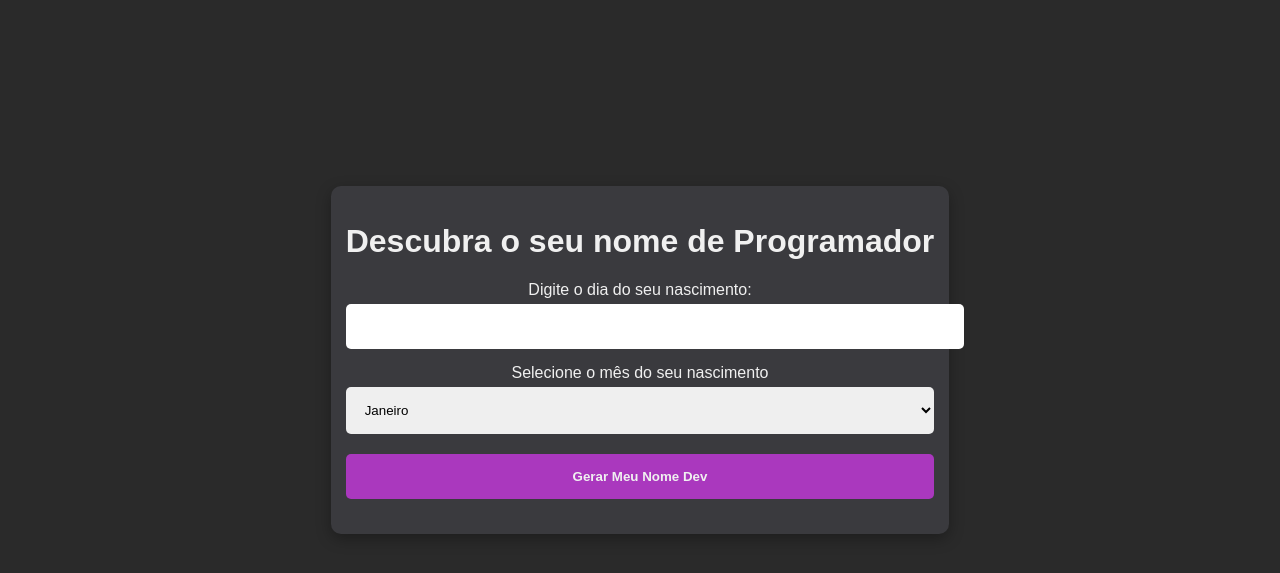
Repository: analessp/seu-nome-dev
Page: index.html
An editor plug-in stored every save of this project. The page is shown before and after a run of saves, followed by the edit.
The browser window is 1280 px wide. The pictures show the whole page.

Above is the page before, as saved 2025-05-13 11:19:42.

### index.html
<!DOCTYPE html>
<html lang="pt-BR">
<head>
    <meta charset="UTF-8">
    <meta name="viewport" content="width=device-width, initial-scale=1.0">
    <title>Seu Nome Dev</title>
    <link rel="stylesheet" href="styles.css">
</head>
<body>
    <div class="container">
        <h1>Descubra o seu nome de Programador</h1>
        <div class="form-group">
            <label for="dia">Digite o dia do seu nascimento:</label>
            <input type="number" id="dia" min="1" max="31">
        </div>
        <div class="form-group">
            <label for="mes">Selecione o mês do seu nascimento</label>
            <select id="mes">
                <option value="1">Janeiro</option>
                <option value="2">Fevereiro</option>
                <option value="3">Março</option>
                <option value="4">Abril</option>
                <option value="5">Maio</option>
                <option value="6">Junho</option>
                <option value="7">Julho</option>
                <option value="8">Agosto</option>
                <option value="9">Setembro</option>
                <option value="10">Outubro</option>
                <option value="11">Novembro</option>
                <option value="12">Dezembro</option>
            </select>
        </div>
        <button onclick="gerarNomeDev()">Gerar Meu Nome Dev</button>
        <div class="resultado" id="resultado"></div>
    </div>
    <script src="app.js"></script>
</body>
</html>

### styles.css
body {
    background-color: #2a2a2a;
    color: #f0f0f0;
    font-family: "Nunito", sans-serif;
    display: flex;
    justify-content: center;
    align-items: center;
    height: 100vh;
    margin: 0;
}

.container {
    background-color: #3a3a3e;
    padding: 15px;
    border-radius: 10px;
    box-shadow: 0px 5px 15px rgba(0, 0, 0, 0.3);
    text-align: center;
}

.form-group {
    margin-bottom: 15px;
}

input, select, button {
    cursor: pointer;
    padding: 15px;
    margin-top: 5px;
    width: 100%;
    border-radius: 5px;
    border: none;
    outline: none;
}

button {
    background-color: #aa38be;
    color: #f0f0f0;
    font-weight: bold;
    transition: background-color 0.3s;
}

button:hover {
    background-color: #e27cd3;
}

.resultado {
    margin-top: 20px;
    font-size: 1.2rem;
    font-weight: bold;
    color: #8a2aba;
}

### app.js
function gerarNomeDev() {
    const dia = parseInt(document.getElementById("dia").value);
    const mes = parseInt(document.getElementById("mes").value);
    const resultado = document.getElementById("resultado");

    if (isNaN(dia) || dia < 1 || dia > 31) {
        resultado.textContent = "Insira um dia válido.";
        return;
    }

    const títulos = {
    1: "Desenvolvedor(a)",
    2: "Desenvolvedor(a)",
    3: "Programador(a)",
    4: "Programador(a)",
    5: "Programador(a)",
    6: "Estagiário(a)",
    7: "Estagiário(a)",
    8: "EEstagiário(a)",
    9: "Sênior",
    0: "Sênior",
};

const meses = {
    1: "bugado(a)",
    2: "do CTRL C, CTRL V",
    3: "das gambiarras",
    4: "que culpa o cache",
    5: "que esquece o que faz",
    6: "do git vazio",
    7: "das try/ catch vazia",
    8: "famosinho do LinkedIn",
    9: "caçador de bugs",
    10: "do Windows Pirata",
    11: "do update sem where",
    12: "do commit bugado",
};

const ultimoDigito = dia % 10;
const titulo = títulos[ultimoDigito];
const mesTexto = meses[mes];

resultado.textContent = `${titulo} ${mesTexto}`;

}

After the next 3 saves:
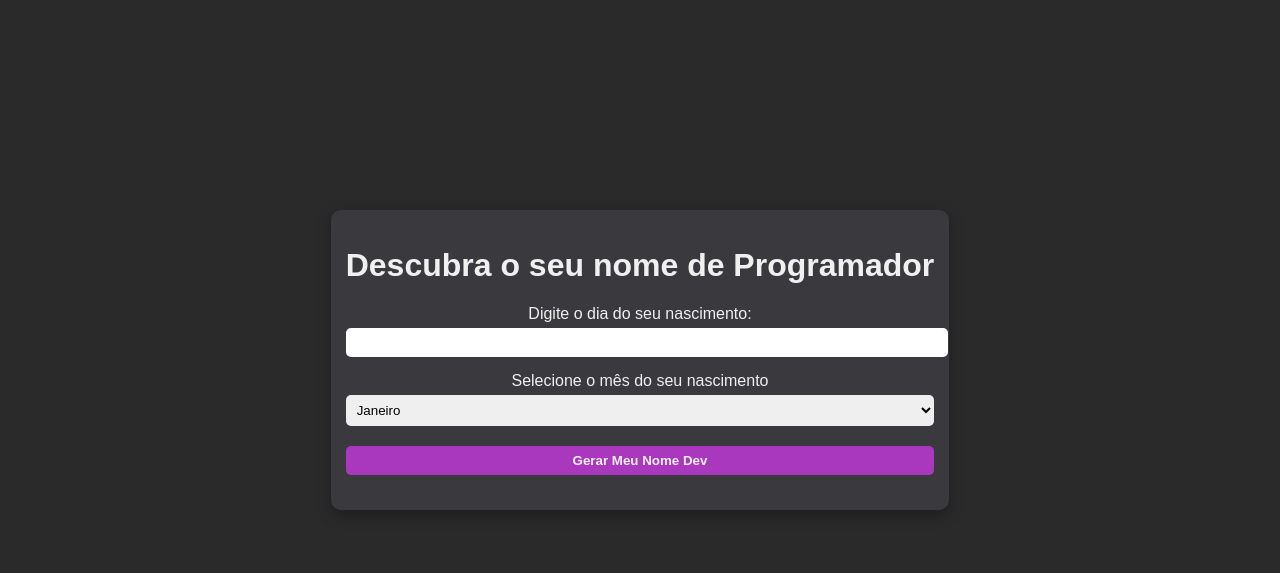
The 3 saves are shown as one change because they came seconds apart.
The last was saved 8 s later.
--- a/styles.css
+++ b/styles.css
@@ -23,7 +23,7 @@ body {
 
 input, select, button {
     cursor: pointer;
-    padding: 15px;
+    padding: 7px;
     margin-top: 5px;
     width: 100%;
     border-radius: 5px;
